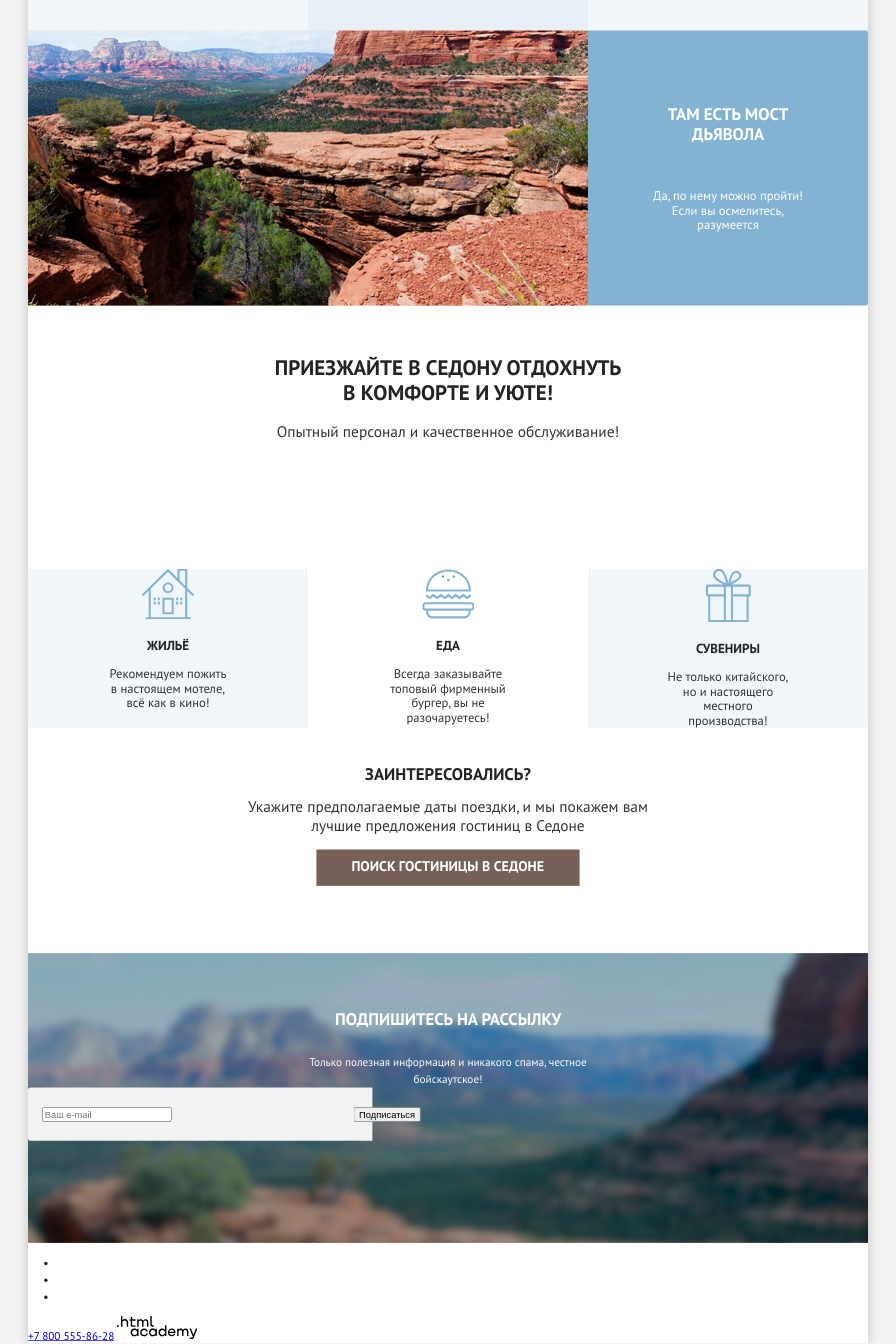
Repository: zakhgagne/2512253-sedona-1
Page: index.html
The author's editor kept a copy of each file at every save. The page is drawn from the files as they stood at one save, then again after the next save.
The browser window is 1280 px wide. The pictures show the part of the page from y = 1551 to 3471 px (the page is 3471 px tall), at 70% of full size.

Above is the page before, as saved 2024-05-11 20:22:17.

### index.html
<!DOCTYPE html>
<html lang="ru">

  <head>
    <meta charset="utf-8">
    <title>Сайт города Седона</title>
    <link rel="stylesheet" href="styles/styles.css">
  </head>

  <body>
    <div class="container">
      <header class="header">
        <a class="logo-link" href="#">
          <img class="logo-image" src="./images/logo.svg" alt="Любимая Седона" width="" height="">
        </a>
        <nav class="navigation">
          <ul class="main-menu">
            <li class="menu-item">
              <a href="./index.html" class="menu-link">Главная</a>
            </li>
            <li class="menu-item">
              <a href="#" class="menu-link">О Седоне</a>
            </li>
            <li class="menu-item">
              <a href="./catalog.html" class="menu-link">Гостиницы</a>
            </li>
          </ul>
          <ul class="user-menu">
            <li class="user-menu-item">
              <a href="#" class="user-menu-link">
                <span class="visually-hidden">Поиск</span>
              </a>
            </li>
            <li class="user-menu-item">
              <a href="#" class="user-menu-link">
                <span class="visually-hidden">Избранное</span>
                <span class="like-number">12</span>
              </a>
            </li>
            <li class="user-menu-item">
              <a href="#" class="user-menu-link">Хочу сюда!</a>
            </li>
          </ul>
        </nav>
      </header>
      <main class="main-container">
        <h1 class="visually-hidden">Cайт города Седона</h1>
        <section class="welcome">
          <h2 class="visually-hidden">Приглашение</h2>
          <img src="./images/welcome.svg" class="welcome-image" width="" height="" alt="Welcome">
        </section>

        <section class="city">
          <h2 class="city-title">Седона — небольшой городок в Аризоне, заслуживающий большего!</h2>
          <p class="city-subtitle">Рассмотрим причины, по которым Седона круче, чем Гранд-Каньон!</p>

          <ul class="reason-list">
            <li class="reason-item reason-item-special">
              <div class="reason-container">
                <h3 class="reason-title">Настоящий городок</h3>
                <p class="reason-text">Седона — не аттракцион для туристов, там течёт своя жизнь</p>
              </div>
              <img src="./images/photo-1.jpg" class="reason-image" width="" height="">
            </li>
            <li class="reason-item">
              <div class="reason-container">
                <h3 class="reason-title">Небольшая площадь</h3>
                <p class="reason-text">Все достопримечательности находятся очень близко</p>
              </div>
            </li>
            <li class="reason-item">
              <div class="reason-container">
                <h3 class="reason-title">Красивая дорога</h3>
                <p class="reason-text">Ехать в Седону из Лас-Вегаса совсем не скучно!</p>
              </div>
            </li>
            <li class="reason-item">
              <div class="reason-container">
                <h3 class="reason-title">Мало туристов</h3>
                <p class="reason-text">Большинство едет в Гранд Каньон и толпится там</p>
              </div>
            </li>
            <li class="reason-item reason-item-special">
              <img src="./images/photo-2.jpg" class="reason-image" width="" height="">
              <div class="reason-container">
                <h3 class="reason-title">Там есть мост дьявола</h3>
                <p class="reason-text">Да, по нему можно пройти! Если вы осмелитесь, разумеется</p>
              </div>
            </li>
          </ul>
        </section>

        <section class="city-welcome">
          <h2 class="desription">Приезжайте в Седону отдохнуть в комфорте и уюте!</h2>
          <p class="simple-text">Опытный персонал и качественное обслуживание!</p>
          <div class="container-city-welcome">
            <ul class="comfort-list">
              <li class="comfort-item">
                <img src="./images/advantage-icon-home.svg" class="reason-image" width="" height="">
                <h3 class="comfort-title">Жильё</h3>
                <p class="comfort-text">Рекомендуем пожить в настоящем мотеле, всё как в кино!</p>
              </li>
              <li class="comfort-item">
                <img src="./images/advantage-icon-food.svg" class="reason-image" width="" height="">
                <h3 class="comfort-title">Еда</h3>
                <p class="comfort-text">Всегда заказывайте топовый фирменный бургер, вы не разочаруетесь!</p>
              </li>
              <li class="comfort-item">
                <img src="./images/advantage-icon-gift.svg" class="reason-image" width="" height="">
                <h3 class="comfort-title">Сувениры</h3>
                <p class="comfort-text">Не только китайского, но и настоящего местного производства!</p>
              </li>
            </ul>
          </div>
        </section>

        <section class="interest">
          <h2 class="desription">Заинтересовались?</h2>
          <p class="simple-text-interest">Укажите предполагаемые даты поездки, и мы покажем вам лучшие предложения гостиниц в
            Седоне</p>
            <div class="container-button">
          <a href="#" class="button-search-motel">ПОИСК ГОСТИНИЦЫ В седоне</a>
          </div>
        </section>

      </main>

      <footer>
        <section class="news-letter">
           <div class="container-letter">
          <h2 class="desription">Подпишитесь на рассылку</h2>
          <p class="simple-text-footer">Только полезная информация и никакого спама, честное бойскаутское!</p>
          </div>
          <form class="subscribe-form" action="https://echo.htmlacademy.ru/" method="post">
            <input class="field" placeholder="Ваш e-mail" type="email" name="distribution-email" required>
            <button class="subscribe-form-button" type="submit">Подписаться</button>
          </form>
        </section>
        <div class="footer-container">
          <section class="contacts">
            <h2 class="visually-hidden">Контакты</h2>
            <ul class="contact-list">
              <li class="contact-list-item">
                <a href="#" class="contact-list-link">
                  <p class="visually-hidden">Вконтакте</p>
                </a>
              </li>
              <li class="contact-list-item">
                <a href="#" class="contact-list-link">
                  <p class="visually-hidden">Телеграм</p>
                </a>
              </li>
              <li class="contact-list-item">
                <a href="#" class="contact-list-link">
                  <p class="visually-hidden">Ютуб</p>
                </a>
              </li>
            </ul>
            <a class="footer-contacts-address-phone" href="tel:+78005558628">+7 800 555-86-28</a>
            <a class="htmlacademy-link" href="https://htmlacademy.ru/">
              <img src="./images/logo-academy.svg" width="" height="" alt="Академия">
            </a>
          </section>
        </div>
      </footer>
    </div>
  </body>

</html>

### styles/styles.css
@font-face {
  font-family: "PT Sans";
  font-style: normal;
  font-weight: 400;
  src: url("../fonts/ptsans-400.woff2") format("woff2");
  font-display: swap;
}

@font-face {
  font-family: "PT Sans";
  font-style: normal;
  font-weight: 700;
  src: url("../fonts/ptsans-700.woff2") format("woff2");
  font-display: swap;
}


body {
  margin: 0;
  font-family: "PT Sans", "Arial", sans-serif;
  font-size: 16px;
  line-height: 24px;
  color: #242424;
  background-color: #f2f2f2;
}

.visually-hidden {
  display: none;
}

.container {
  width: 1200px;
  margin: 0 auto;
  background-color: #ffffff;
  box-shadow: 0 0 15px rgba(0, 0, 0, 0.2);
}

.header {
  background-color: #ffffff;
  position: relative;
  padding: 0 68px 0 238px;
}

.logo-link {
  position: absolute;
  top: 0;
  left: 70px;
}

.logo-image {}

.navigation {
  display: flex;
  justify-content: space-between;
}

.main-menu {
  padding: 0;
  margin: 0;
  list-style: none;
  display: flex;
  width: 500px;
  flex-wrap: wrap;
}

.menu-item {}

.menu-link {
  font-size: 20px;
  font-weight: 700;
  line-height: 24px;
  color: #000000;
  text-decoration: none;
  display: block;
  padding: 20px 16px;

}

.menu-item:nth-child(1) {
  /* background-color: red; */
}

.menu-item:nth-child(2) {
  /* background-color: blue; */
}

.menu-item:nth-child(3) {
  /* background-color: red; */
}

.user-menu {
  padding: 0;
  margin: 0;
  list-style: none;
  display: flex;
}

.welcome {
  background-color: #aec5d1;
  background-image: url("../images/white-crown.svg"), url("../images/index-background.jpg");
  background-repeat: no-repeat;
  background-position: center bottom, center top;
  background-size: 1200px 57px, cover;
  padding-top: 51px;
  padding-bottom: 82px;
  min-height: 352px;
}

.welcome-image {
  display: block;
  margin: 0 auto;
}

.city {
  text-align: center;
  padding-top: 70px;
}

.city-title {
  padding: 0;
  margin: 0 auto 24px;
  font-size: 30px;
  font-weight: 700;
  line-height: 36px;
  text-transform: uppercase;
  width: 750px;

}

.city-subtitle {
  padding: 1px;
  margin: 0 auto 87px;
  font-size: 22px;
  font-weight: 400;
  line-height: 26px;
  width: 750px;
}

.reason-list {
  display: flex;
  justify-content: space-between;
  text-align: center;
  padding: 0;
  margin: 0;
  list-style: none;
  flex-wrap: wrap;
}

.reason-item {
  display: flex;
  background-color: bisque;
}

.reason-container {
  width: 400px;
  padding-top: 106px;
  padding-bottom: 105px;
}

.reason-title {
  margin: 0 auto 63px;
  padding: 0;
  font-size: 24px;
  font-weight: 700;
  line-height: 28px;
  width: 175px;
  text-transform: uppercase;

}

.reason-text {
  padding: 0;
  margin: 0 auto;
  font-size: 18px;
  font-weight: 400;
  line-height: 21px;
  width: 231px;
}

.reason-item:nth-child(2n) {
  background-color: #f0f6fa;
}

.reason-item:nth-child(3n) {
  background-color: #e6f0f6;
}

.reason-item-special .reason-container {
  background-color: #82B3D3;
  border-radius: 0px 4px 4px 0px;
  color: #FFFFFF;

}

.comfort-list {
  display: flex;
  justify-content: space-between;
  text-align: center;
  padding: 0;
  margin: 0;
  list-style: none;
}

.comfort-item {
  width: 400px;
}

.comfort-item:nth-child(even) {
  background-color: #ffffff;
}

.comfort-item:nth-child(odd) {
  background-color: #f0f6fa;
}

.interest {
  text-align: center;
  margin: 54px auto;
  height: 214px;
  width: 592px;
}

.desription {
  padding: 0;
  margin: 0;
  text-transform: uppercase;
}

.footer-container {
  display: flex;
  margin: 0 auto;
}


.news-letter {
  background-image: url("../images/subscribe.jpg");
  background-repeat: no-repeat;
  min-height: 414px;
  text-align: center;

  /*width: 684px;*/
}

.city-welcome {
  text-align: center;
  padding-top: 70px;
}

.city-welcome .desription {
  padding: 0;
  margin: 0 auto 24px;
  font-size: 30px;
  font-weight: 700;
  line-height: 36px;
  text-transform: uppercase;
  width: 500px;
}

.simple-text {

  padding: 0;
  margin: 0 auto;
  width: 490px;
  height: 70px;

  /* Texts/Text basic */
  font-weight: 400;
  font-size: 22px;
  line-height: 26px;
  /* identical to box height, or 118% */
  /* Texts/second */
  color: #333333;
}

.container-city-welcome {

  text-align: center;
  padding-top: 140px;
}

.comfort-text {
  font-weight: 400;
  font-size: 18px;
  line-height: 21px;
  color: #333333;
  flex: none;
  order: 2;
  align-self: stretch;
  flex-grow: 0;
  width: 175px;
  margin: 0 auto;
  padding: 0;
}

.comfort-title {
  text-transform: uppercase;
}



/* Укажите предполагаемые даты поездки, и мы покажем вам лучшие предложения гостиниц в Седоне */
.simple-text-interest {
  width: 592px;
  height: 52px;
  /* Texts/Text basic */
  font-family: 'PT Sans';
  font-style: normal;
  font-weight: 400;
  font-size: 22px;
  line-height: 26px;
  /* or 118% */
  text-align: center;

  /* Texts/second */
  color: #333333;

  /* Inside auto layout */
  flex: none;
  order: 1;
  flex-grow: 0;
}

.container-button {
  /* Кнопка */
  width: 376px;
  height: 52px;
  color: #FFFFFF;
  /* Inside auto layout */
  flex: none;
  order: 1;
  flex-grow: 0;
  margin: 0 auto 0;
  padding: 0;
  padding-top: 10;
  background-color: #756157;

}

.button-search-motel {
  margin: auto;
  padding-top: 5px;
  width: 276px;
  height: 36px;

  /* Buttons/Button big */
  font-family: 'PT Sans';
  font-style: normal;
  font-weight: 700;
  font-size: 20px;
  line-height: 36px;
  /* identical to box height, or 180% */
  display: flex;
  align-items: center;
  text-align: center;
  text-transform: uppercase;
  text-decoration: none;
  /* Texts/background/deafault */
  color: #FFFFFF;


  /* Inside auto layout */
  flex: none;
  order: 0;
  flex-grow: 0;
}

.container-letter {
  /* Frame 29 */

  /* Auto layout */
  display: flex;
  flex-direction: column;
  align-items: center;
  padding: 0 px;
  gap: 20px;

  width: 475px;
  height: 108.86px;


  /* Inside auto layout */
  flex: none;
  order: 0;
  flex-grow: 0;
  color: #FFFFFF;
  margin: 0 auto 0;
  padding-top: 83px;
}
.subscribe-form
{
/* input */

  /* Auto layout */
  display: flex;
  flex-direction: row;
  align-items: center;
  padding: 12px 20px;
  gap: 260px;

  width: 452px;
  height: 52px;

  /* basic/light */
  background: #F2F2F2;
  border-radius: 4px 0px 0px 4px;

  /* Inside auto layout */
  flex: none;
  order: 0;
  align-self: stretch;
  flex-grow: 1;
}

After the next save:
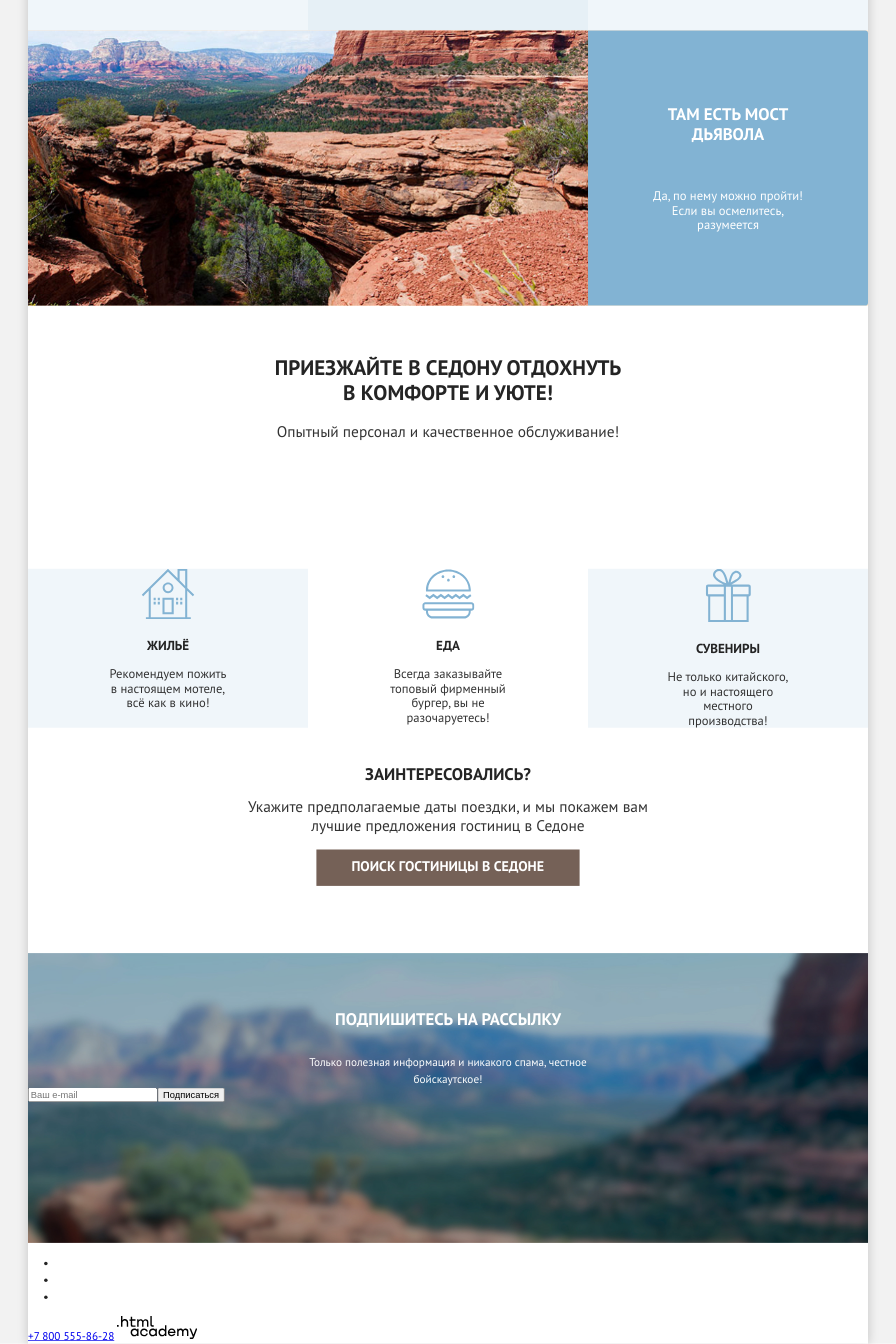
Saved 16 s later.
--- a/styles/styles.css
+++ b/styles/styles.css
@@ -392,21 +392,4 @@ body {
 
   /* Auto layout */
   display: flex;
-  flex-direction: row;
-  align-items: center;
-  padding: 12px 20px;
-  gap: 260px;
-
-  width: 452px;
-  height: 52px;
-
-  /* basic/light */
-  background: #F2F2F2;
-  border-radius: 4px 0px 0px 4px;
-
-  /* Inside auto layout */
-  flex: none;
-  order: 0;
-  align-self: stretch;
-  flex-grow: 1;
-}
+}
